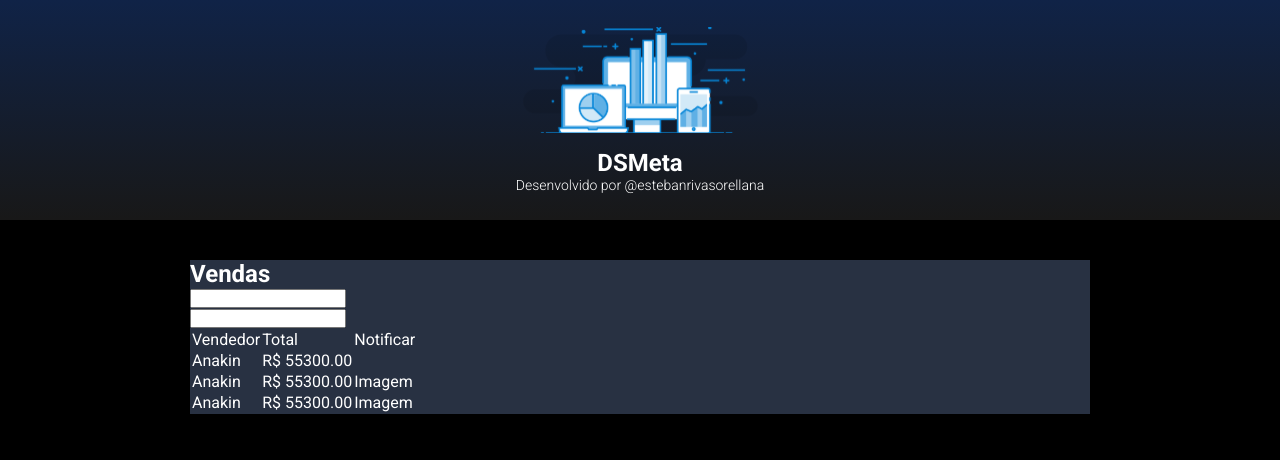
Repository: estebanrivas/dsmeta-css
Page: index.html
These files come from the project's save history. The page is drawn as it stood at one moment and after a run of saves; the edit follows.
The browser window is 1280 px wide. The pictures show the whole page.

Above is the page before, as saved 2022-09-08 21:39:48.

After the next 3 saves:
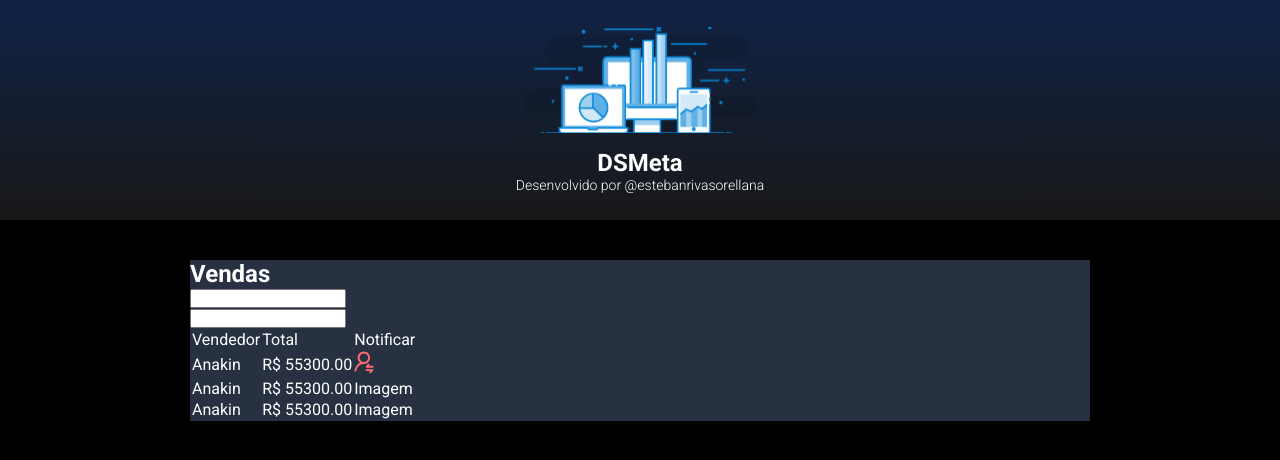
The 3 saves are shown as one change because they came seconds apart.
The last was saved 10 s later.
--- a/index.html
+++ b/index.html
@@ -49,7 +49,7 @@
                                 <tr>
                                     <td>Anakin</td>
                                     <td>R$ 55300.00</td>
-                                    <td><img src="" alt=""></td>
+                                    <td><img src="images/notification-icon.svg" alt=""></td>
                                 </tr>
                                 <tr>
                                     <td>Anakin</td>
